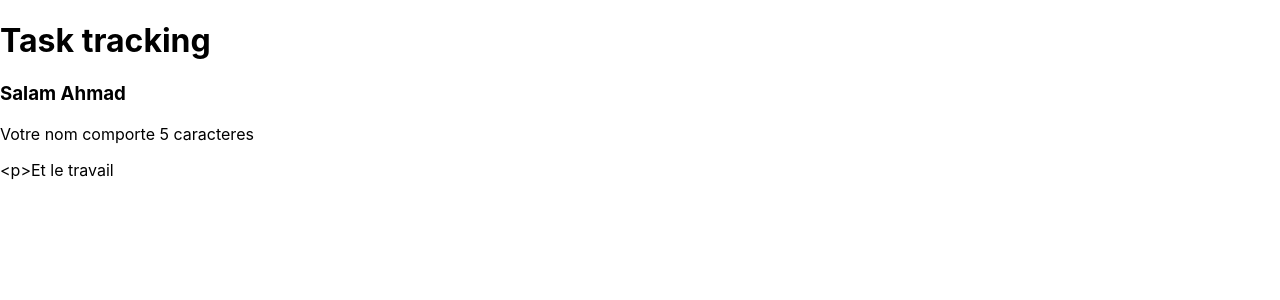
Repository: feyroozecode/task_tracker
Page: /
An editor plug-in stored every save of this project. The page is shown before and after a run of saves, followed by the edit.
The browser window is 1280 px wide. The pictures show the whole page.
The project was rebuilt for these pictures with package versions that can differ from the ones it lists, and the page was loaded fresh each time. Also part of the build but not shown: src/App.css.

Above is the page before, as saved 2023-10-19 12:23:58.

After the next 4 saves:
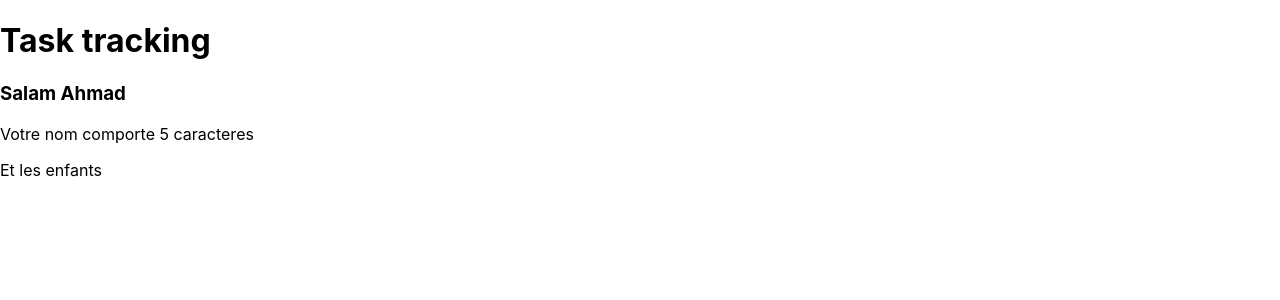
The 4 saves are shown as one change because 1 did not build or start and some came seconds apart.
The last was saved 21 s later.
--- a/src/App.js
+++ b/src/App.js
@@ -2,7 +2,7 @@ import './App.css';
 
 function App() {
   const userName = 'Ahmad'
-  const isMan = true
+  const isMan = false
 
   return (
     <div className="container">
@@ -10,7 +10,7 @@ function App() {
       <h3>Salam {userName} </h3>
 
       <p>Votre nom comporte  { userName.length.toString() } caracteres </p>
-      {isMan ? '<p>Et le travail' : '<p>Et les enfants</p>' }
+      {isMan ? 'Et le travail' : 'Et les enfants' }
     </div>
   );
 }
